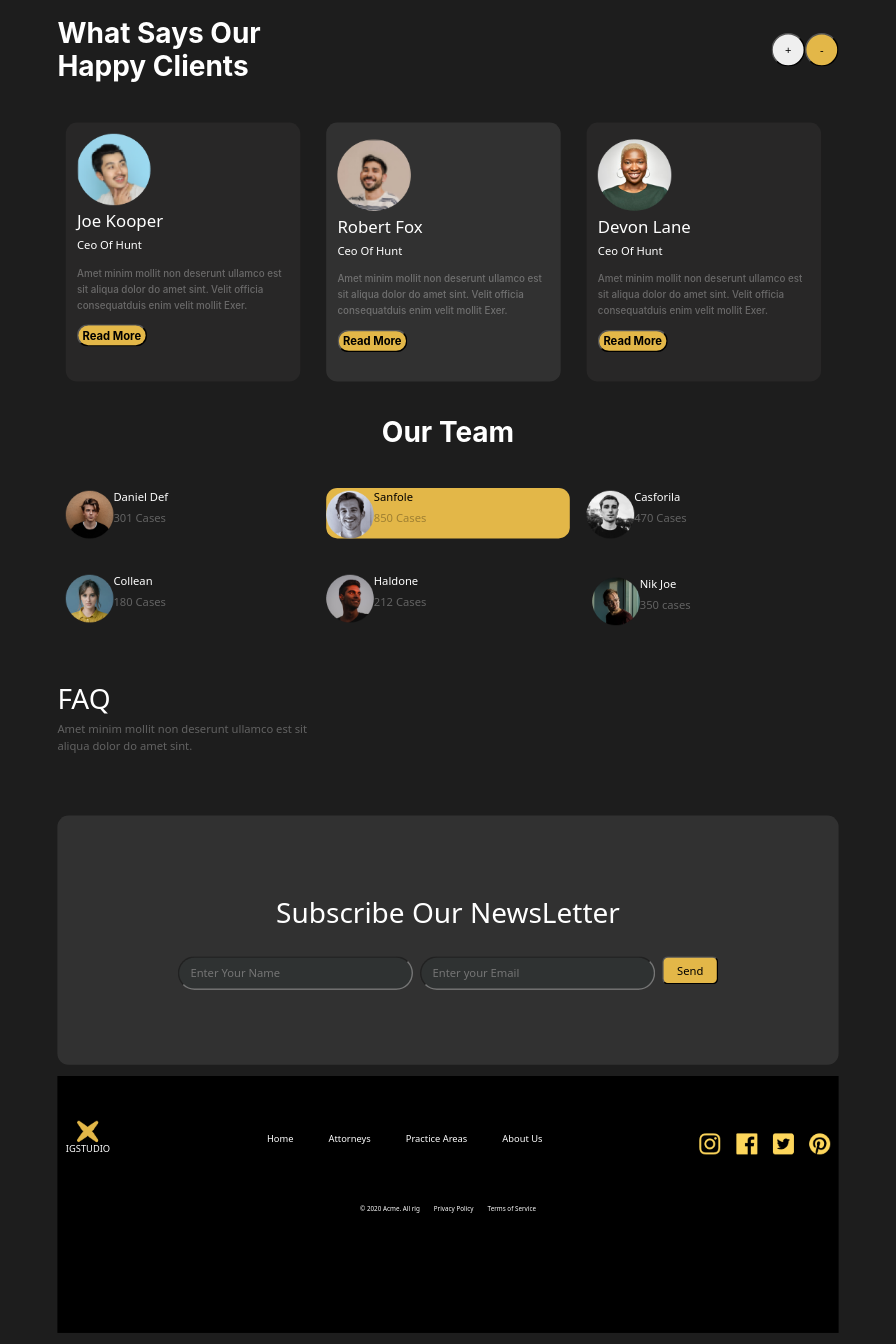
Repository: Senthil-Bala/LawFirm
Page: /
These files come from the project's save history. The page is drawn as it stood at one moment and after the next save; the edit follows.
The browser window is 1280 px wide. The pictures show the part of the page from y = 2133 to 4053 px (the page is 4053 px tall), at 70% of full size.
The project was rebuilt for these pictures with package versions that can differ from the ones it lists, and the page was loaded fresh each time. Also part of the build but not shown: src/App.css, src/Components/Frequents/Accordionss.css, src/Components/Frequents/Accordionss.jsx.

Above is the page before, as saved 2023-11-29 19:13:05.

After the next save:
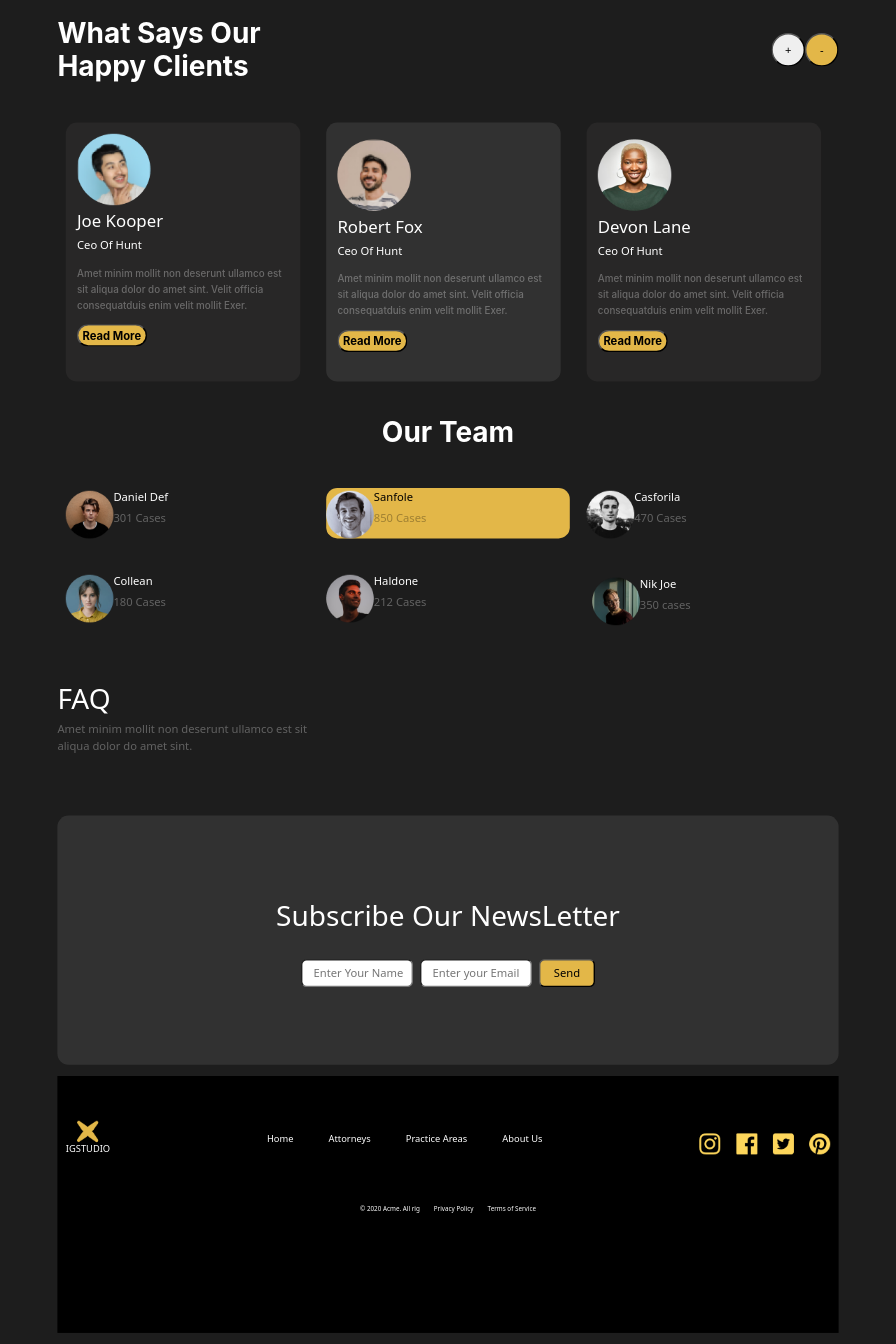
Saved 17 s later.
--- a/src/Components/Heroess/HeroSection.css
+++ b/src/Components/Heroess/HeroSection.css
@@ -38,7 +38,7 @@
     outline: 0;
 }
 
-input[type='text'] {
+#random{
     height: 3rem;
     padding: 1rem;
     border-radius: 3rem;
